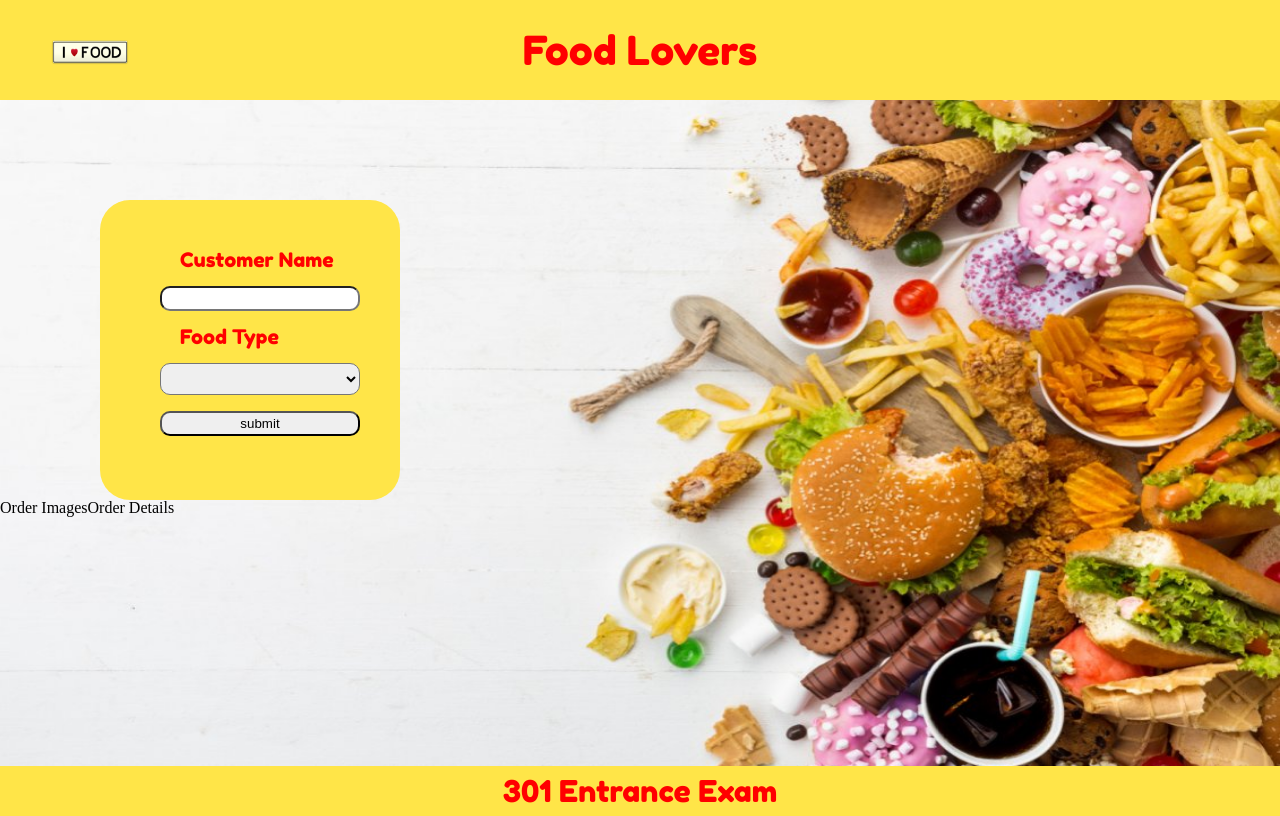
Repository: Razan-am/foodLovers
Page: index.html
These files come from the project's save history. The page is drawn as it stood at one moment and after the next save; the edit follows.
The browser window is 1280 px wide. The pictures show the whole page.

Above is the page before, as saved 2021-06-01 11:19:04.

### index.html
<!DOCTYPE html>
<html lang="en">

<head>
    <meta charset="UTF-8">
    <meta http-equiv="X-UA-Compatible" content="IE=edge">
    <meta name="viewport" content="width=device-width, initial-scale=1.0">
    <title>Food Lovers</title>
    <link rel="preconnect" href="https://fonts.gstatic.com">
    <link href="https://fonts.googleapis.com/css2?family=Fredoka+One&display=swap" rel="stylesheet">
    <link rel="stylesheet" href="css/reset.css">
    <link rel="stylesheet" href="css/style.css">
</head>

<body>
    <header>
        <h1>Food Lovers</h1>
        <img src="images/css images/logo.png" alt="logo">
    </header>
    <main>
        <form action="" id="myForm">
            <fieldset>
                <label for="name">Customer Name</label>
                <br/><br/>
                <input type="text" id="name" name="name">
                <br/><br/>
                <label for="food">Food Type</label>
                <br/><br/>
                <select name="food" id="food">
                    <option value="shawarma">shawarma</option>
                    <option value="pizza">pizza</option>
                    <option value="burger">burger</option>
                </select>
                <br/><br/>
                <input type="submit" value="submit">
            </fieldset>
        </form>
        <table id="myTable">
            <tr>
                <th>Order Images</th>
                <th>Order Details</th>
            </tr>
        </table>
        <img src="images/css images/background.jpg" alt="backGround">
    </main>
    <footer>
        <p>301 Entrance Exam </p>
    </footer>
    <script src="js/app.js"></script>
</body>

</html>

### css/style.css
*{
    box-sizing: border-box;
}
header{
    background-color: rgba(255, 229, 72, 255);
    height: 100px;
}
h1{
    font-family: 'Fredoka One', cursive;
    color: red;
    text-align: center;
    font-size: 40px;
    font-weight: lighter;
    padding-top: 30px;
}

header img{
    top: 2px;
    left: 30px;
    position: absolute;
    width: 120px;
    height: 100px;
}
main img{
    top: 50px;
    position: absolute;
    z-index: -1;
    width: 100%;
    height: 100%;
}
form{
    display: inline-block;
    background-color:  rgba(255, 229, 72, 255);
    margin-top: 100px;
    margin-left: 100px;
    width: 300px;
    height: 300px;
    border-radius: 30px;
}
form label{
    top: 50px;
    position: relative;
    padding-left: 80px;
    font-size: 20px;
    color: red;
    font-family: 'Fredoka One', cursive;
}
form input{
    top: 50px;
    position: relative;
    margin-left: 60px;
    width: 200px;
    height: 25px;
    border-radius: 10px;
}
form select{
    top: 50px;
    position: relative;
    margin-left: 60px;
    width: 200px;
    height: 25px;
    border-radius: 10px;
    padding-bottom: 30px;
}
table img{
    width: 50px;
    height: 50px;
}
table p{
    color: black;
    font-family: 'Fredoka One', cursive;
}
footer{
    background-color: rgba(255, 229, 72, 255);
    margin-top: 250px;
    height: 50px;
}
footer p{
    text-align: center;
    color: red;
    font-size: 30px;
    padding-top: 10px;
    font-family: 'Fredoka One', cursive;
}

### js/app.js
'use strict';

let myForm = document.getElementById('myForm');
let myTable = document.getElementById('myTable');


let mainArr = [];
function Foods(userName,foodType){
    this.userName=userName;
    this.foodType=foodType;
    this.img=`images/${foodType}.jpg`
    mainArr.push(this);
}
console.log(mainArr);

myForm.addEventListener('submit',handleEvent);
function handleEvent(event){
    event.preventDefault();

    let userName = event.target.name.value;
    let foodType = event.target.food.value;
    console.log(foodType);
    new Foods(userName,foodType);
    setting();
    render();
}

function randomNumber(min,max){
    min = Math.ceil(min);
    max = Math.floor(max);
    return Math.floor(Math.random() * (max - min) + min)
}

function render(){
    let tBody = document.createElement('tr');
    myTable.appendChild(tBody);

    for (let index = 0; index < mainArr.length; index++) {
        tBody.textContent='';

        let td1 = document.createElement('td');
        tBody.appendChild(td1);

        let imgEl = document.createElement('img');
        td1.appendChild(imgEl);
        imgEl.setAttribute('src', mainArr[index].img);

        let td2 = document.createElement('td');
        tBody.appendChild(td2);

        let pEl1 = document.createElement('p');
        td2.appendChild(pEl1);
        pEl1.textContent=`Customer Name:${mainArr[index].userName}`;
        let pEl2 = document.createElement('p');
        td2.appendChild(pEl2);
        pEl2.textContent=`Food Type:${mainArr[index].foodType}`;
        let pEl3 = document.createElement('p');
        td2.appendChild(pEl3);
        pEl3.textContent=`Food Price:${randomNumber(1,100)}`;


    }
}

function setting(){
    let data = JSON.stringify(mainArr);
    localStorage.setItem('information',data);
}

function getting(){
    let stringObj = localStorage.getItem('information');
    let normalObj = JSON.parse(stringObj);

    if(normalObj !== null){
        mainArr = normalObj;
    }
    render();
}
getting();

Loaded but not shown: css/reset.css (common file)

After the next save:
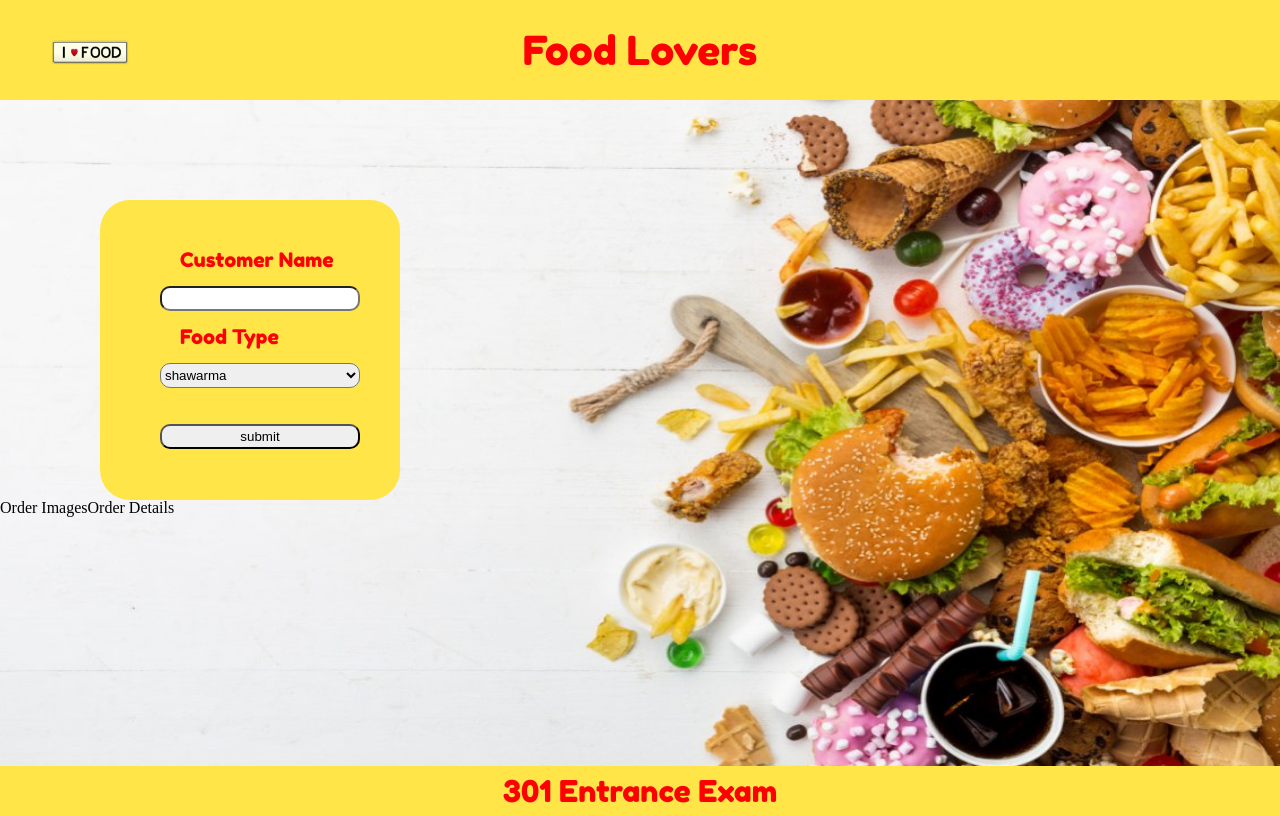
Saved 7 s later.
--- a/css/style.css
+++ b/css/style.css
@@ -60,7 +60,7 @@ form select{
     width: 200px;
     height: 25px;
     border-radius: 10px;
-    padding-bottom: 30px;
+    margin-bottom: 20px;
 }
 table img{
     width: 50px;
